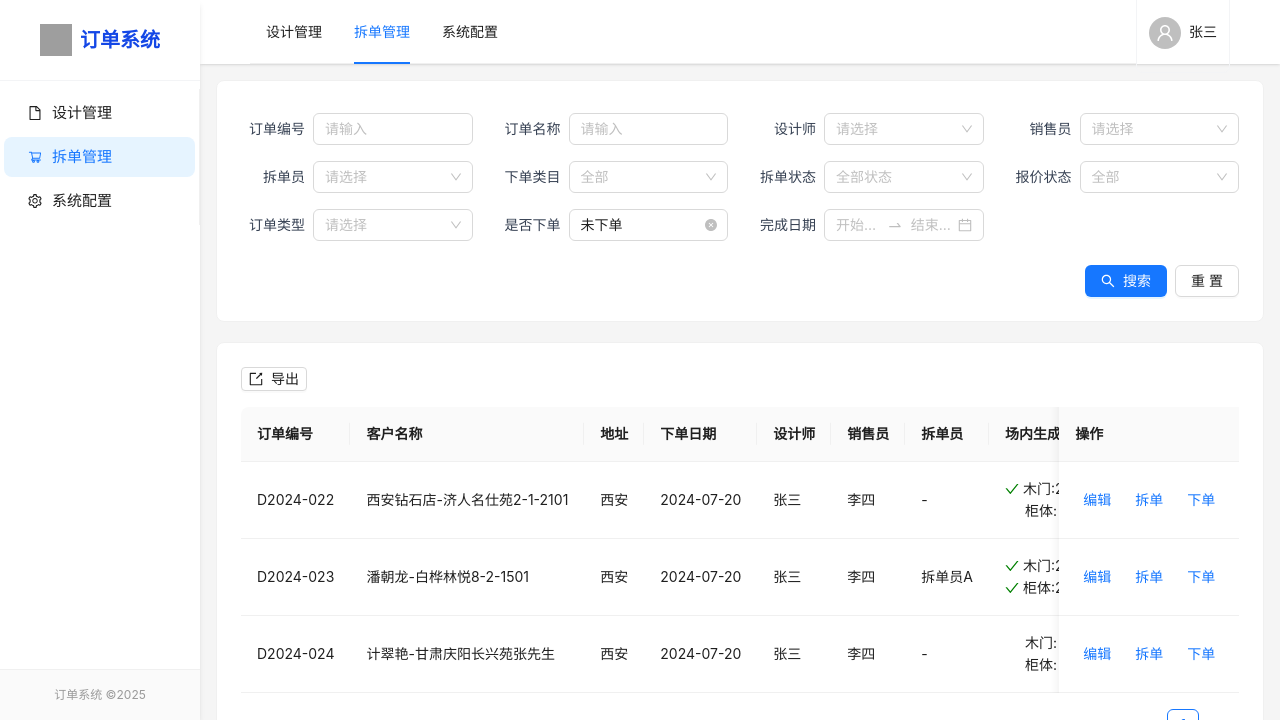
Repository: Garyxiwang/order_system
Page: /split (app in front/)
An editor plug-in stored every save of this project. The page is shown before and after the next save, followed by the edit.
The browser window is 1280 px wide. The pictures show the whole page.
Pictures or frames that could not be fetched are drawn as grey boxes. An inner scrolling area shows only its first screen. The project was rebuilt for these pictures with package versions that can differ from the ones it lists, and the page was loaded fresh each time. The framework's server and built-in components were replaced by stand-ins that run in the browser. Also part of the build but not shown: front/next.config.js, front/next.config.ts, front/src/app/split/editOrderModal.tsx, front/src/app/split/SplitOrderModal.tsx.

Above is the page before, as saved 2025-08-07 15:43:00.

### front/src/app/layout.tsx
import type { Metadata } from "next";
import { Geist, Geist_Mono } from "next/font/google";
import '@ant-design/v5-patch-for-react-19';
import "./globals.css";

const geistSans = Geist({
  variable: "--font-geist-sans",
  subsets: ["latin"],
});

const geistMono = Geist_Mono({
  variable: "--font-geist-mono",
  subsets: ["latin"],
});

export const metadata: Metadata = {
  title: "订单系统",
  description: "基于Next.js、TypeScript和Ant Design构建的订单系统",
};

import AppLayout from '@/components/layout/AppLayout';

export default function RootLayout({
  children,
}: Readonly<{
  children: React.ReactNode;
}>) {
  return (
    <html lang="zh-CN">
      <body
        className={`${geistSans.variable} ${geistMono.variable} antialiased`}
      >
        <AppLayout>
          {children}
        </AppLayout>
      </body>
    </html>
  );
}

### front/src/app/split/page.tsx
"use client";

import React, { useState, useEffect } from "react";
import {
  Card,
  Table,
  Button,
  Space,
  Input,
  Select,
  Row,
  Col,
  Tag,
  message,
  DatePicker,
} from "antd";
import type { ColumnsType } from "antd/es/table";
import {
  SearchOutlined,
  CheckOutlined,
  ExportOutlined,
} from "@ant-design/icons";
import { getSplitOrders, type SplitOrder } from "../../services/splitApi";
import EditOrderModal from "./editOrderModal";
import type { EditFormValues } from "./editOrderModal";
import SplitOrderModal from "./SplitOrderModal";
import type { SplitFormValues } from "./SplitOrderModal";

const { Option } = Select;
const { RangePicker } = DatePicker;
const DesignPage: React.FC = () => {
  const [splitData, setSplitData] = useState<SplitOrder[]>([]);
  const [loading, setLoading] = useState(false);
  const [isEditModalVisible, setIsEditModalVisible] = useState(false);
  const [isSplitModalVisible, setIsSplitModalVisible] = useState(false);
  const [selectedOrder, setSelectedOrder] = useState<SplitOrder | null>(null);

  // 加载拆单数据
  const loadSplitData = async () => {
    setLoading(true);
    try {
      const response = await getSplitOrders();
      if (response.code === 200) {
        setSplitData(response.data);
      } else {
        message.error(response.message || "获取数据失败");
      }
    } catch (error) {
      message.error("获取数据失败，请稍后重试");
      console.error("获取拆单数据失败:", error);
    } finally {
      setLoading(false);
    }
  };

  // 组件挂载时加载数据
  useEffect(() => {
    loadSplitData();
  }, []);

  // 显示编辑模态框
  const showEditModal = (record: SplitOrder) => {
    setSelectedOrder(record);
    setIsEditModalVisible(true);
  };

  // 处理编辑模态框取消
  const handleEditModalCancel = () => {
    setIsEditModalVisible(false);
    setSelectedOrder(null);
  };

  // 处理编辑模态框确认
  const handleEditModalOk = (values: EditFormValues) => {
    console.log("编辑表单数据:", values);
    // 这里可以调用API更新数据
    setIsEditModalVisible(false);
    setSelectedOrder(null);
    // 重新加载数据
    loadSplitData();
  };

  // 显示拆单模态框
  const showSplitModal = (record: SplitOrder) => {
    setSelectedOrder(record);
    setIsSplitModalVisible(true);
  };

  // 处理拆单模态框取消
  const handleSplitModalCancel = () => {
    setIsSplitModalVisible(false);
    setSelectedOrder(null);
  };

  // 处理拆单模态框确认
  const handleSplitModalOk = (values: SplitFormValues) => {
    console.log("拆单表单数据:", values);
    // 这里可以调用API更新数据
    setIsSplitModalVisible(false);
    setSelectedOrder(null);
    // 重新加载数据
    loadSplitData();
  };

  const columns: ColumnsType<SplitOrder> = [
    {
      title: "订单编号",
      dataIndex: "designNumber",
      key: "designNumber",
    },
    {
      title: "客户名称",
      dataIndex: "customerName",
      key: "customerName",
    },
    {
      title: "地址",
      dataIndex: "address",
      key: "address",
    },
    {
      title: "下单日期",
      dataIndex: "createTime",
      key: "createTime",
    },
    {
      title: "设计师",
      dataIndex: "designer",
      key: "designer",
    },
    {
      title: "销售员",
      dataIndex: "salesPerson",
      key: "salesPerson",
    },
    {
      title: "拆单员",
      dataIndex: "splitPerson",
      key: "splitPerson",
      render: (text: string) => {
        if (!text) return "-";
        return text;
      },
    },
    {
      title: "场内生成项",
      dataIndex: "doorBody",
      key: "doorBody",
      render: (text: string) => {
        if (!text) return null;

        const items = text.split(",");
        return (
          <div>
            {items.map((item, index) => {
              const parts = item.split(":");
              const name = parts[0];
              const time = parts[1];
              const days = parts[2];

              if (parts.length === 3 && name && time && days) {
                const dayCount = parseInt(days);
                const dayColor = dayCount >= 3 ? "red" : "-";
                return (
                  <div key={index}>
                    <CheckOutlined
                      style={{ color: "green", marginRight: "4px" }}
                    />
                    {name}:{time}{" "}
                    <span style={{ color: dayColor }}>{days}天</span>
                  </div>
                );
              } else if (parts.length >= 2 && name && time) {
                return (
                  <div key={index}>
                    <CheckOutlined
                      style={{ color: "green", marginRight: "4px" }}
                    />
                    {name}:{time}
                  </div>
                );
              } else {
                return (
                  <div key={index} style={{ marginLeft: "20px" }}>
                    {name}: -
                  </div>
                );
              }
            })}
          </div>
        );
      },
    },
    {
      title: "外购项",
      dataIndex: "external",
      key: "external",
      render: (text: string) => {
        if (!text) return null;

        const items = text.split(",");
        return (
          <div>
            {items.map((item, index) => {
              const parts = item.split(":");
              const name = parts[0];
              const time = parts[1];
              const days = parts[2];

              if (parts.length === 3 && name && time && days) {
                const dayCount = parseInt(days);
                const dayColor = dayCount >= 3 ? "red" : "";
                return (
                  <div key={index}>
                    <CheckOutlined
                      style={{ color: "green", marginRight: "4px" }}
                    />
                    {name}:{time}{" "}
                    <span style={{ color: dayColor }}>{days}天</span>
                  </div>
                );
              } else if (parts.length >= 2 && name && time) {
                return (
                  <div key={index}>
                    <CheckOutlined
                      style={{ color: "green", marginRight: "4px" }}
                    />
                    {name}:{time}
                  </div>
                );
              } else {
                return (
                  <div key={index} style={{ marginLeft: "20px" }}>
                    {name}: -
                  </div>
                );
              }
            })}
          </div>
        );
      },
    },
    {
      title: "报价状态",
      dataIndex: "priceState",
      key: "priceState",
      render: (text: string) => {
        if (!text) return "-";
        return text;
      },
    },

    {
      title: "完成日期",
      dataIndex: "finishTime",
      key: "finishTime",
      render: (text: string) => {
        if (!text) return "-";
        return text;
      },
    },
    {
      title: "订单类型",
      dataIndex: "orderType",
      key: "orderType",
    },
    {
      title: "订单状态",
      dataIndex: "states",
      key: "states",
      render: (text: string) => {
        if (text === "已完成") {
          return <Tag color="green">{text}</Tag>;
        }
        return text;
      },
    },
    {
      title: "备注",
      dataIndex: "remark",
      key: "remark",
      render: (text: string) => (
        <div
          style={{
            maxWidth: "150px",
            wordWrap: "break-word",
            whiteSpace: "pre-wrap",
          }}
        >
          {text || "-"}
        </div>
      ),
    },
    {
      title: "操作",
      key: "action",
      fixed: "right",
      render: (_: unknown, record: SplitOrder) => (
        <Space>
          <Button
            type="link"
            size="small"
            onClick={() => showEditModal(record)}
          >
            编辑
          </Button>
          <Button
            type="link"
            size="small"
            onClick={() => showSplitModal(record)}
          >
            拆单
          </Button>
          <Button
            type="link"
            size="small"
            onClick={() => showSplitModal(record)}
          >
            下单
          </Button>
        </Space>
      ),
    },
  ];

  return (
    <div className="space-y-6">
      {/* 搜索Card */}
      <Card variant="outlined" style={{ marginBottom: 20 }}>
        <Row gutter={24}>
          <Col span={6} className="py-2">
            <div className="flex items-center gap-2">
              <label className="whitespace-nowrap text-sm font-medium text-gray-700 min-w-16 text-right">
                订单编号
              </label>
              <Input
                placeholder="请输入"
                className="rounded-md border-gray-200 flex-1"
                size="middle"
                allowClear
              />
            </div>
          </Col>
          <Col span={6} className="py-2">
            <div className="flex items-center gap-2">
              <label className="whitespace-nowrap text-sm font-medium text-gray-700 min-w-16 text-right">
                订单名称
              </label>
              <Input
                placeholder="请输入"
                className="rounded-md border-gray-200 flex-1"
                size="middle"
                allowClear
              />
            </div>
          </Col>
          <Col span={6} className="py-2">
            <div className="flex items-center gap-2">
              <label className="whitespace-nowrap text-sm font-medium text-gray-700 min-w-16 text-right">
                设计师
              </label>
              <Select
                placeholder="请选择"
                className="rounded-md flex-1"
                size="middle"
                allowClear
              >
                <Option value="designer1">设计师1</Option>
                <Option value="designer2">设计师2</Option>
              </Select>
            </div>
          </Col>
          <Col span={6} className="py-2">
            <div className="flex items-center gap-2">
              <label className="whitespace-nowrap text-sm font-medium text-gray-700 min-w-16 text-right">
                销售员
              </label>
              <Select
                placeholder="请选择"
                className="rounded-md flex-1"
                size="middle"
                allowClear
              >
                <Option value="designer1">销售员1</Option>
                <Option value="designer2">销售员2</Option>
                <Option value="designer2">销售员3</Option>
              </Select>
            </div>
          </Col>
          <Col span={6} className="py-2">
            <div className="flex items-center gap-2">
              <label className="whitespace-nowrap text-sm font-medium text-gray-700 min-w-16 text-right">
                拆单员
              </label>
              <Select
                placeholder="请选择"
                className="rounded-md flex-1"
                size="middle"
                allowClear
              >
                <Option value="designer1">拆单员1</Option>
                <Option value="designer2">拆单员2</Option>
                <Option value="designer2">拆单员3</Option>
              </Select>
            </div>
          </Col>
          <Col span={6} className="py-2">
            <div className="flex items-center gap-2">
              <label className="whitespace-nowrap text-sm font-medium text-gray-700 min-w-16 text-right">
                下单类目
              </label>
              <Select
                placeholder="全部"
                className="rounded-md flex-1"
                size="middle"
                allowClear
              >
                <Option value="designing">木门</Option>
                <Option value="reviewing">柜体</Option>
                <Option value="completed">石材</Option>
                <Option value="completed">板材</Option>
                <Option value="completed">铝合金门</Option>
              </Select>
            </div>
          </Col>
          <Col span={6} className="py-2">
            <div className="flex items-center gap-2">
              <label className="whitespace-nowrap text-sm font-medium text-gray-700 min-w-16 text-right">
                拆单状态
              </label>
              <Select
                placeholder="全部状态"
                className="rounded-md flex-1"
                size="middle"
                allowClear
              >
                <Option value="-1">拆单中</Option>
                <Option value="1">已审核</Option>
                <Option value="1">已完成</Option>
              </Select>
            </div>
          </Col>
          <Col span={6} className="py-2">
            <div className="flex items-center gap-2">
              <label className="whitespace-nowrap text-sm font-medium text-gray-700 min-w-16 text-right">
                报价状态
              </label>
              <Select
                placeholder="全部"
                className="rounded-md flex-1"
                size="middle"
                allowClear
              >
                <Option value="normal">未打款</Option>
                <Option value="normal">已打款</Option>
                <Option value="important">报价已发未打款</Option>
              </Select>
            </div>
          </Col>
          <Col span={6} className="py-2">
            <div className="flex items-center gap-2">
              <label className="whitespace-nowrap text-sm font-medium text-gray-700 min-w-16 text-right">
                订单类型
              </label>
              <Select
                placeholder="请选择"
                className="rounded-md flex-1"
                size="middle"
                allowClear
              >
                <Option value="design">设计单</Option>
                <Option value="development">经销商订单</Option>
              </Select>
            </div>
          </Col>
          <Col span={6} className="py-2">
            <div className="flex items-center gap-2">
              <label className="whitespace-nowrap text-sm font-medium text-gray-700 min-w-16 text-right">
                是否下单
              </label>
              <Select
                placeholder="请选择"
                className="rounded-md flex-1"
                size="middle"
                allowClear
                defaultValue={"0"}
              >
                <Option value="-1">已下单</Option>
                <Option value="0">未下单</Option>
              </Select>
            </div>
          </Col>
          <Col span={6} className="py-2">
            <div className="flex items-center gap-2">
              <label className="whitespace-nowrap text-sm font-medium text-gray-700 min-w-16 text-right">
                完成日期
              </label>
              <RangePicker
                placeholder={["开始日期", "结束日期"]}
                className="rounded-md flex-1"
                size="middle"
                allowClear
              />
            </div>
          </Col>
        </Row>
        <Row className="mt-4">
          <Col span={24} className="text-right">
            <Space>
              <Button
                type="primary"
                icon={<SearchOutlined />}
                size="middle"
                className="bg-blue-600 hover:bg-blue-700"
              >
                搜索
              </Button>
              <Button
                size="middle"
                className="border-gray-300 hover:border-blue-500"
              >
                重置
              </Button>
            </Space>
          </Col>
        </Row>
      </Card>

      {/* 内容Card */}
      <Card variant="outlined">
        {/* 新增按钮 */}
        <div className="flex justify-between items-center mb-4">
          <Button
            icon={<ExportOutlined />}
            size="small"
            className="border-gray-300 hover:border-blue-500"
          >
            导出
          </Button>
        </div>
        {/* 表格区域 */}
        <Table<SplitOrder>
          columns={columns}
          dataSource={splitData}
          loading={loading}
          bordered={false}
          pagination={{ pageSize: 10 }}
          rowClassName="hover:bg-blue-50"
          rowKey={(record) => record.designNumber}
          scroll={{ x: "max-content" }}
        />
      </Card>

      {/* 编辑订单模态框 */}
      <EditOrderModal
        visible={isEditModalVisible}
        onCancel={handleEditModalCancel}
        onOk={handleEditModalOk}
        orderData={selectedOrder}
      />

      {/* 拆单操作模态框 */}
      <SplitOrderModal
        visible={isSplitModalVisible}
        onCancel={handleSplitModalCancel}
        onOk={handleSplitModalOk}
        orderData={selectedOrder}
      />
    </div>
  );
};

export default DesignPage;

### front/src/app/globals.css
@import "tailwindcss";
/* Ant Design 5.x不再需要全局导入CSS文件 */

:root {
  --background: #ffffff;
  --foreground: #171717;
}

@theme inline {
  --color-background: var(--background);
  --color-foreground: var(--foreground);
  --font-sans: var(--font-geist-sans);
  --font-mono: var(--font-geist-mono);
}

@media (prefers-color-scheme: dark) {
  :root {
    --background: #0a0a0a;
    --foreground: #ededed;
  }
}

body {
  background: var(--background);
  color: var(--foreground);
  font-family: Arial, Helvetica, sans-serif;
}

### front/src/services/splitApi.ts
// 拆单页面相关的API接口

export interface SplitOrder {
  designNumber: string;
  customerName: string;
  address: string;
  createTime: string;
  designer: string;
  salesPerson: string;
  splitPerson: string;
  doorBody: string;
  external: string;
  priceState: string;
  fixedTime: string;
  finishTime: string;
  orderType: string;
  states: string;
  remark: string;
}

// 模拟拆单数据
const mockSplitData: SplitOrder[] = [
  {
    designNumber: "D2024-022",
    customerName: "西安钻石店-济人名仕苑2-1-2101",
    address: "西安",
    createTime: "2024-07-20",
    designer: "张三",
    salesPerson: "李四",
    splitPerson: "",
    doorBody: "木门:2025/07/01:3,柜体",
    external: "石材:2025/07/01:3,板材:2025/07/01:2",
    priceState: "报价已发未打款",
    fixedTime: "2024-07-20",
    finishTime: "2024-07-30",
    orderType: "设计单",
    states: "拆单中",
    remark: "这个是一个备注",
  },
  {
    designNumber: "D2024-023",
    customerName: "潘朝龙-白桦林悦8-2-1501",
    address: "西安",
    createTime: "2024-07-20",
    designer: "张三",
    salesPerson: "李四",
    splitPerson: "拆单员A",
    doorBody: "木门:2025/07/01:3,柜体:2025/07/03:10",
    external: "石材:2025/07/01:3,板材:2025/07/01:2",
    priceState: "",
    fixedTime: "2024-07-20",
    finishTime: "2024-07-30",
    orderType: "设计单",
    states: "已完成",
    remark: "这个是一个备注",
  },
  {
    designNumber: "D2024-024",
    customerName: "计翠艳-甘肃庆阳长兴苑张先生",
    address: "西安",
    createTime: "2024-07-20",
    designer: "张三",
    salesPerson: "李四",
    splitPerson: "",
    doorBody: "木门:,柜体:",
    external: "石材:,板材:",
    priceState: "",
    fixedTime: "",
    finishTime: "",
    orderType: "设计单",
    states: "未开始",
    remark: "",
  },
];

// API响应接口
interface ApiResponse<T> {
  code: number;
  message: string;
  data: T;
}

// 获取拆单列表
export const getSplitOrders = async (): Promise<ApiResponse<SplitOrder[]>> => {
  // 模拟API调用延迟
  await new Promise((resolve) => setTimeout(resolve, 500));

  return {
    code: 200,
    message: "获取成功",
    data: mockSplitData,
  };
};

// 创建拆单
export const createSplitOrder = async (order: Omit<SplitOrder, 'designNumber'>): Promise<ApiResponse<SplitOrder>> => {
  // 模拟API调用延迟
  await new Promise((resolve) => setTimeout(resolve, 500));

  const newOrder: SplitOrder = {
    ...order,
    designNumber: `D2024-${String(Date.now()).slice(-3)}`,
  };

  mockSplitData.push(newOrder);

  return {
    code: 200,
    message: "创建成功",
    data: newOrder,
  };
};

// 更新拆单
export const updateSplitOrder = async (designNumber: string, updates: Partial<SplitOrder>): Promise<ApiResponse<SplitOrder>> => {
  // 模拟API调用延迟
  await new Promise((resolve) => setTimeout(resolve, 500));

  const index = mockSplitData.findIndex(order => order.designNumber === designNumber);

  if (index === -1) {
    return {
      code: 404,
      message: "订单不存在",
      data: {} as SplitOrder,
    };
  }

  mockSplitData[index] = { ...mockSplitData[index], ...updates };

  return {
    code: 200,
    message: "更新成功",
    data: mockSplitData[index],
  };
};

// 删除拆单
export const deleteSplitOrder = async (designNumber: string): Promise<ApiResponse<null>> => {
  // 模拟API调用延迟
  await new Promise((resolve) => setTimeout(resolve, 500));

  const index = mockSplitData.findIndex(order => order.designNumber === designNumber);

  if (index === -1) {
    return {
      code: 404,
      message: "订单不存在",
      data: null,
    };
  }

  mockSplitData.splice(index, 1);

  return {
    code: 200,
    message: "删除成功",
    data: null,
  };
};

### front/src/components/layout/SideMenu.tsx
'use client';

import React from 'react';
import { Menu } from 'antd';
import { FileOutlined, ShoppingCartOutlined, SettingOutlined, DashboardOutlined } from '@ant-design/icons';
import Link from 'next/link';
import { usePathname } from 'next/navigation';

const SideMenu: React.FC = () => {
  const pathname = usePathname();

  // 根据当前路径确定选中的菜单项
  const getSelectedKey = () => {
    if (pathname.startsWith('/design')) return ['design'];
    if (pathname.startsWith('/split')) return ['split'];
    if (pathname.startsWith('/config')) return ['config'];
    return [];
  };

  const menuItems = [
    {
      key: 'design',
      icon: <FileOutlined className="text-blue-600" />,
      label: <Link href="/design" className="text-gray-700 hover:text-blue-600 font-medium">设计管理</Link>,
    },
    {
      key: 'split',
      icon: <ShoppingCartOutlined className="text-blue-600" />,
      label: <Link href="/split" className="text-gray-700 hover:text-blue-600 font-medium">拆单管理</Link>,
    },
    {
      key: 'config',
      icon: <SettingOutlined className="text-blue-600" />,
      label: <Link href="/config" className="text-gray-700 hover:text-blue-600 font-medium">系统配置</Link>,
    },
  ];

  return (
    <Menu
      mode="inline"
      selectedKeys={getSelectedKey()}
      items={menuItems}
      className="border-r-0 bg-transparent"
      style={{ fontSize: '15px' }}
    />
  );
};

export default SideMenu;

### front/src/components/AntdRegistry.tsx
'use client';

import React from 'react';
import { createCache, extractStyle, StyleProvider } from '@ant-design/cssinjs';
import type Entity from '@ant-design/cssinjs/es/Cache';
import { useServerInsertedHTML } from 'next/navigation';

interface AntdRegistryProps {
  children: React.ReactNode;
}

const AntdRegistry = ({ children }: AntdRegistryProps) => {
  const cache = React.useMemo<Entity>(() => createCache(), []);

  useServerInsertedHTML(() => {
    return (
      <style
        id="antd"
        dangerouslySetInnerHTML={{ __html: extractStyle(cache, true) }}
      />
    );
  });

  return <StyleProvider cache={cache}>{children}</StyleProvider>;
};

export default AntdRegistry;

Loaded but not shown: front/src/components/layout/AppLayout.tsx (203 lines, source omitted)

After the next save:
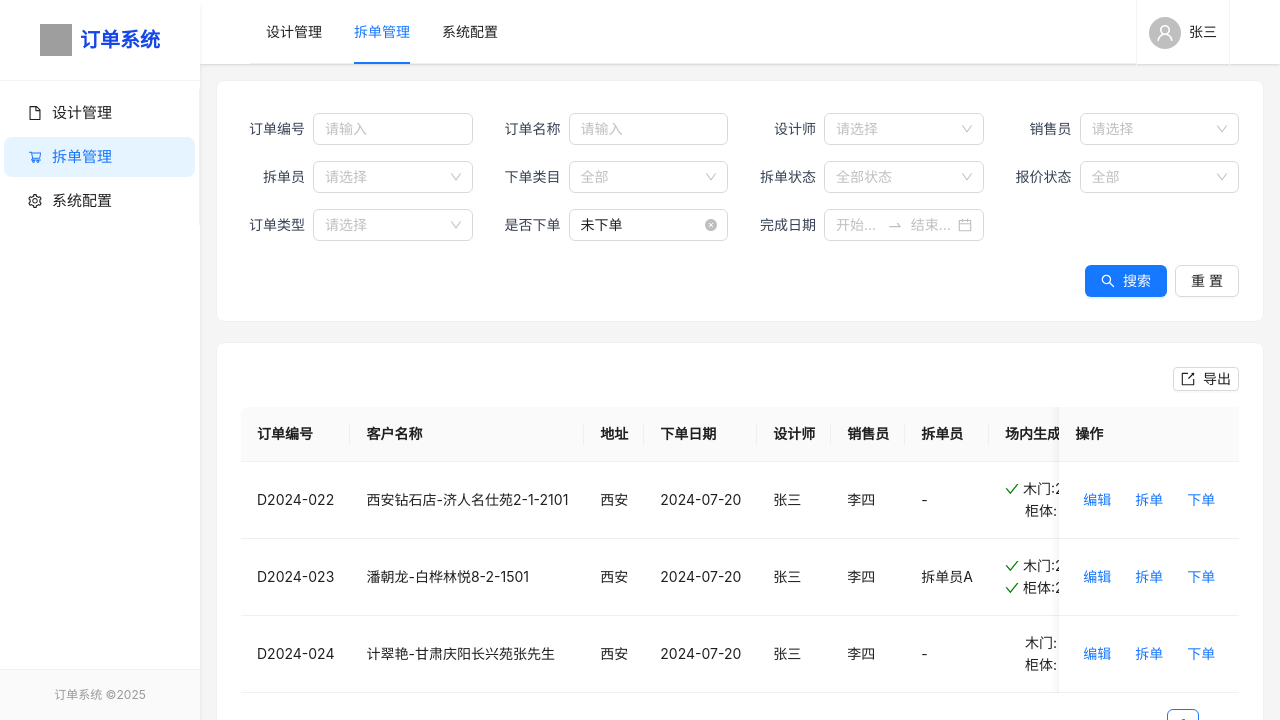
Saved 45 s later.
--- a/front/src/app/split/page.tsx
+++ b/front/src/app/split/page.tsx
@@ -529,7 +529,7 @@ const DesignPage: React.FC = () => {
       {/* 内容Card */}
       <Card variant="outlined">
         {/* 新增按钮 */}
-        <div className="flex justify-between items-center mb-4">
+        <div className="flex justify-end items-center mb-4">
           <Button
             icon={<ExportOutlined />}
             size="small"
